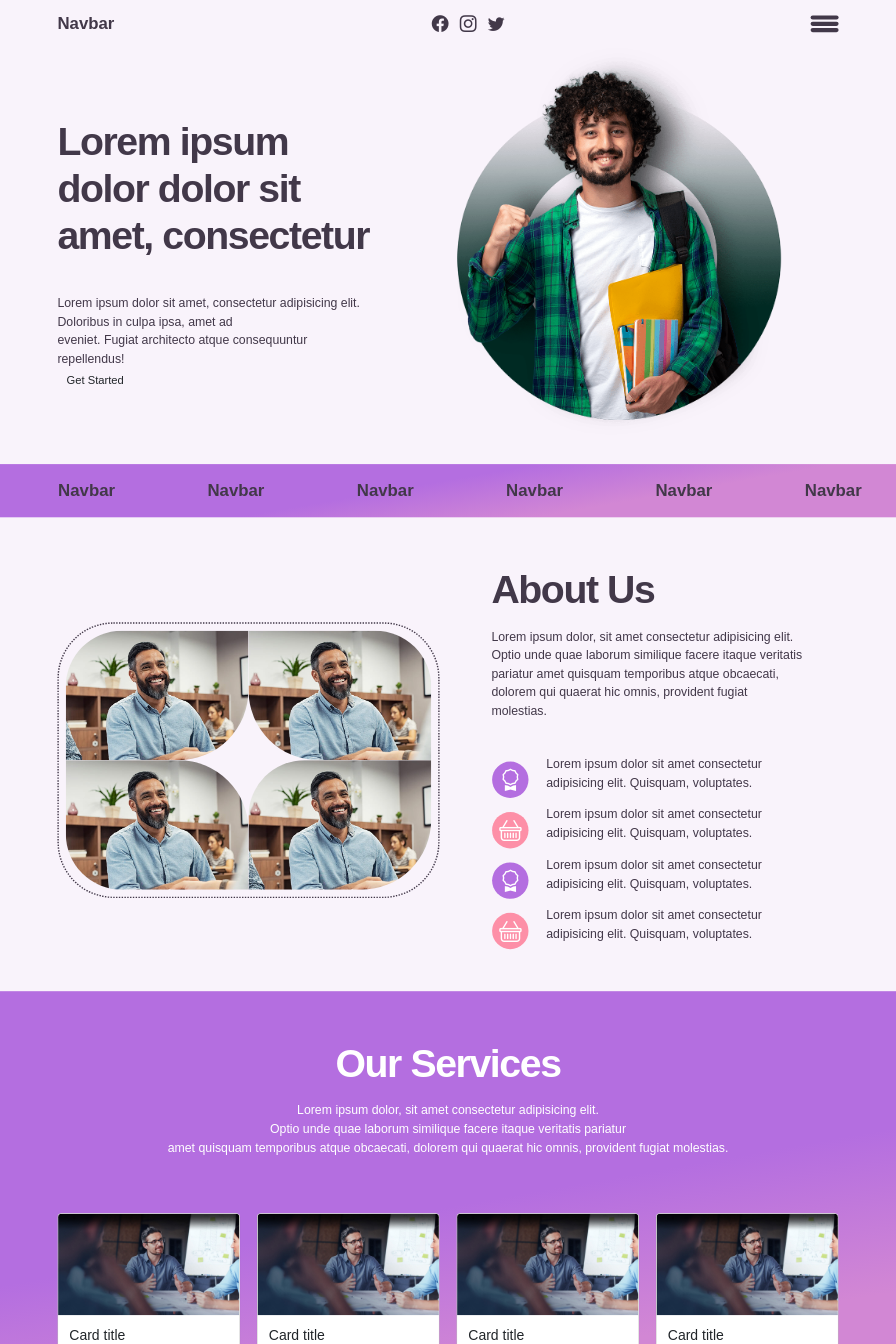
Repository: tagnam/project27012025
Page: index.html
The author's editor kept a copy of each file at every save. The page is drawn from the files as they stood at one save, then again after a run of saves.
The browser window is 1280 px wide. The pictures show the part of the page from y = 0 to 1920 px (the page is 3229 px tall before and 3257 px after), at 70% of full size.

Above is the page before, as saved 2025-01-28 13:25:32.

After the next 2 saves:
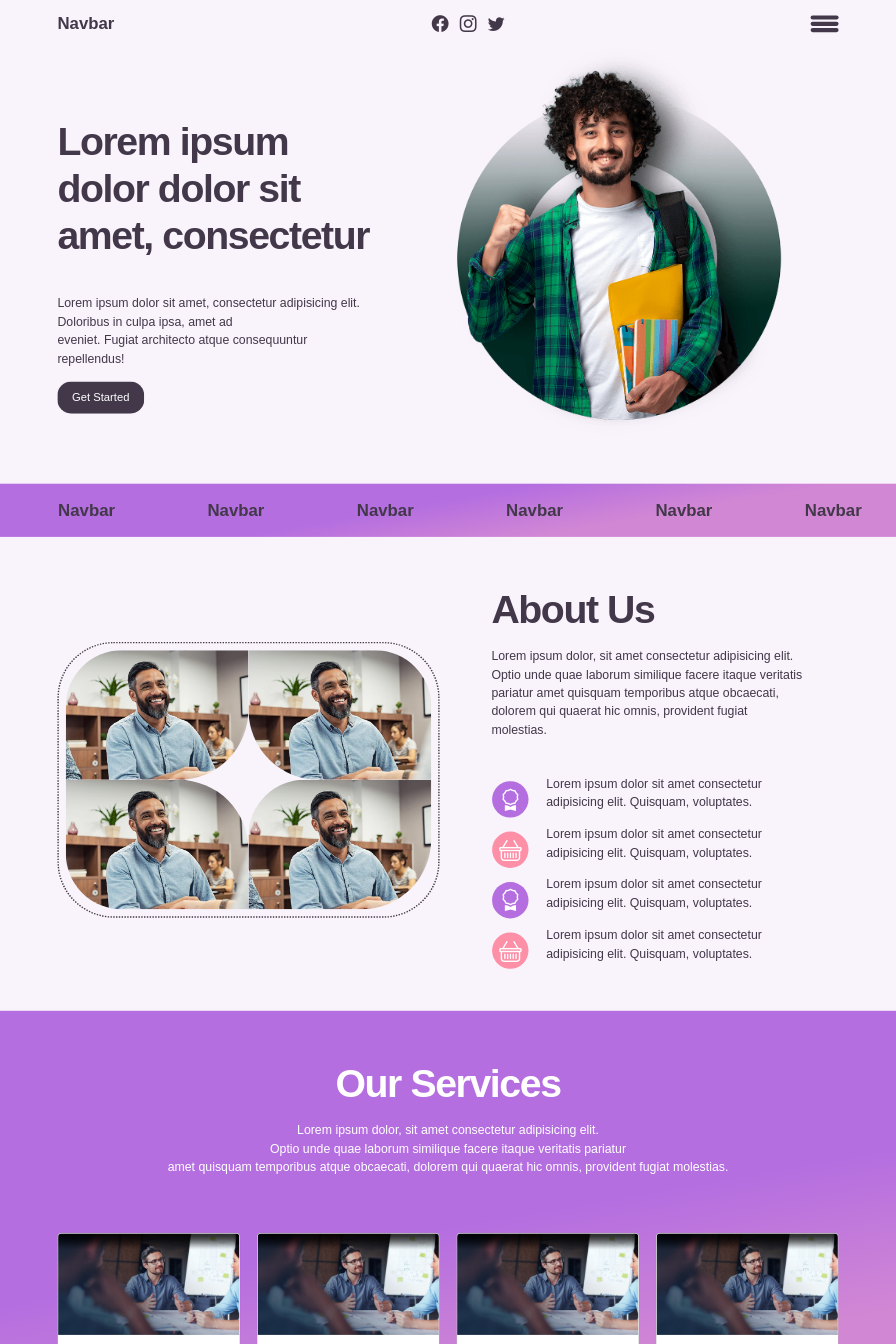
The 2 saves are shown as one change because they came seconds apart.
The last was saved 12 s later.
--- a/style/css/index.css
+++ b/style/css/index.css
@@ -250,3 +250,13 @@ width: 100%;
     border-radius: 10px;
     margin: 0px 20px;
 }
+
+.custom-btn{
+    background-color: var(--dark-color);
+    color: var(--white-color);
+    padding: 10px 20px;
+    border-radius: 20px;
+    margin-top: 20px;
+    display: inline-block;
+    text-decoration: none;
+}
